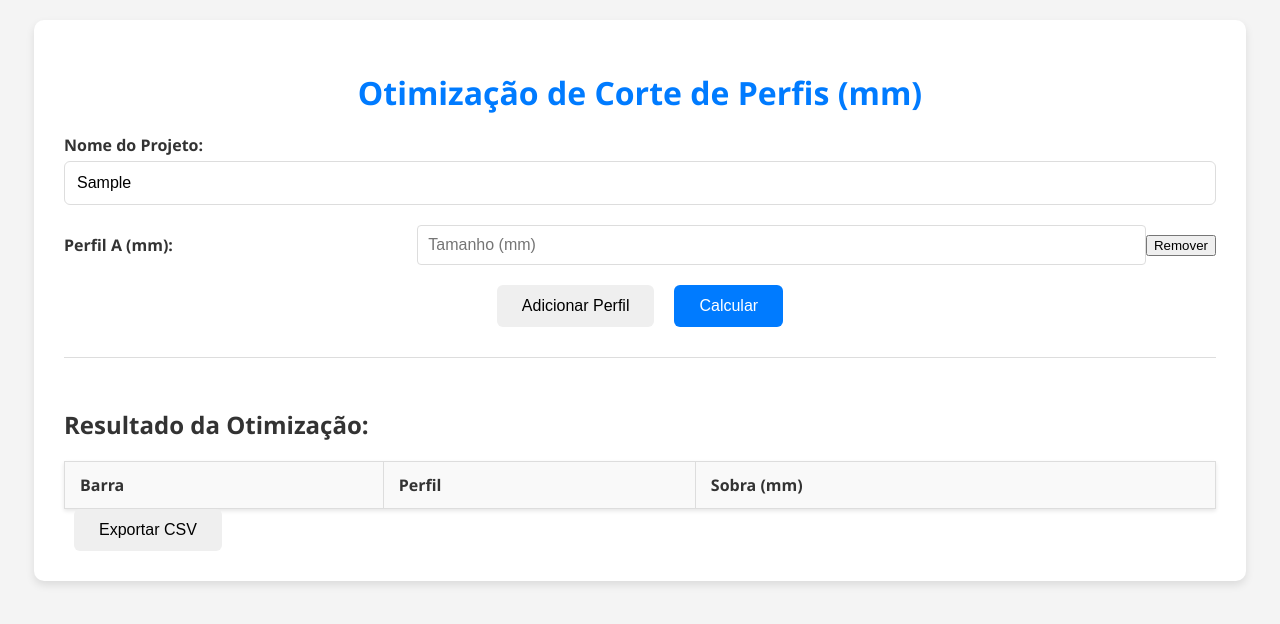
Repository: brianbebop/aqui
Page: index.html
The author's editor kept a copy of each file at every save. The page is drawn from the files as they stood at one save, then again after a run of saves.
The browser window is 1280 px wide. The pictures show the whole page.
Empty fields were first filled with sample values (such as "Sample", 5 or name@example.com).
After loading, the first visible `#adicionarPerfil` was clicked once.

Above is the page before, as saved 2025-03-20 21:58:16.

After the next 2 saves:
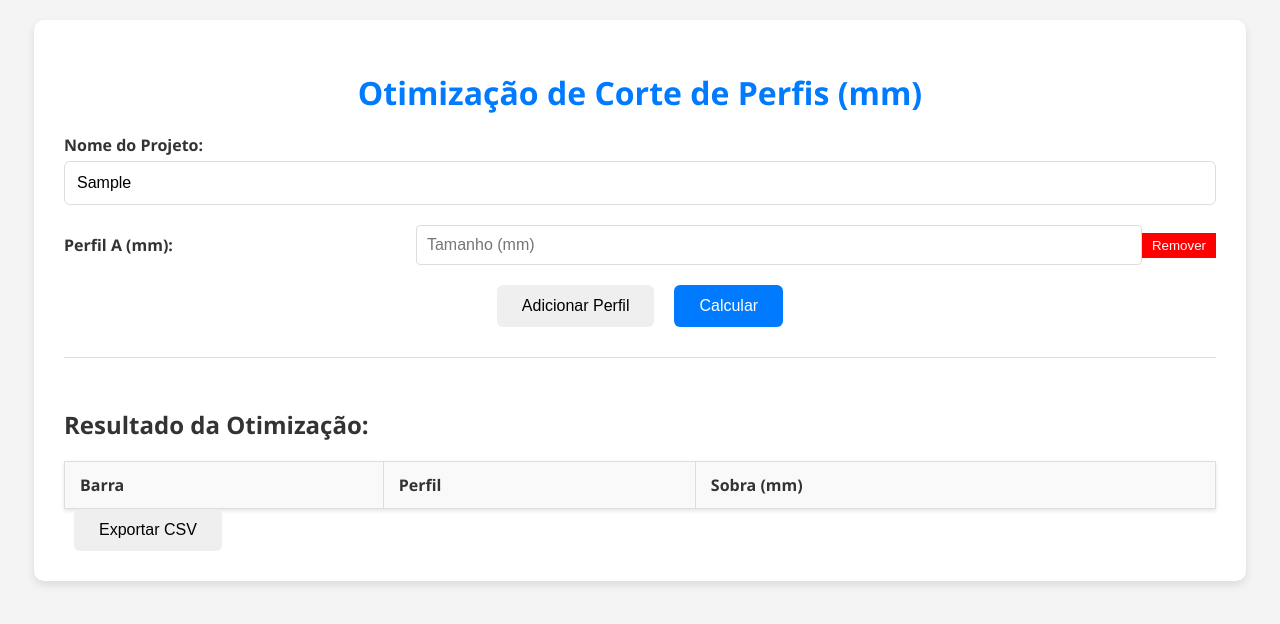
The 2 saves are shown as one change because they came seconds apart.
The last was saved 84 s later.
--- a/style.css
+++ b/style.css
@@ -125,3 +125,11 @@ h1 {
 #resumoBarras tbody tr:nth-child(even) {
     background-color: #f2f2f2;
 }
+
+.remover-perfil {
+    background-color: red;
+    color: white;
+    border: none;
+    padding: 5px 10px;
+    cursor: pointer;
+}
